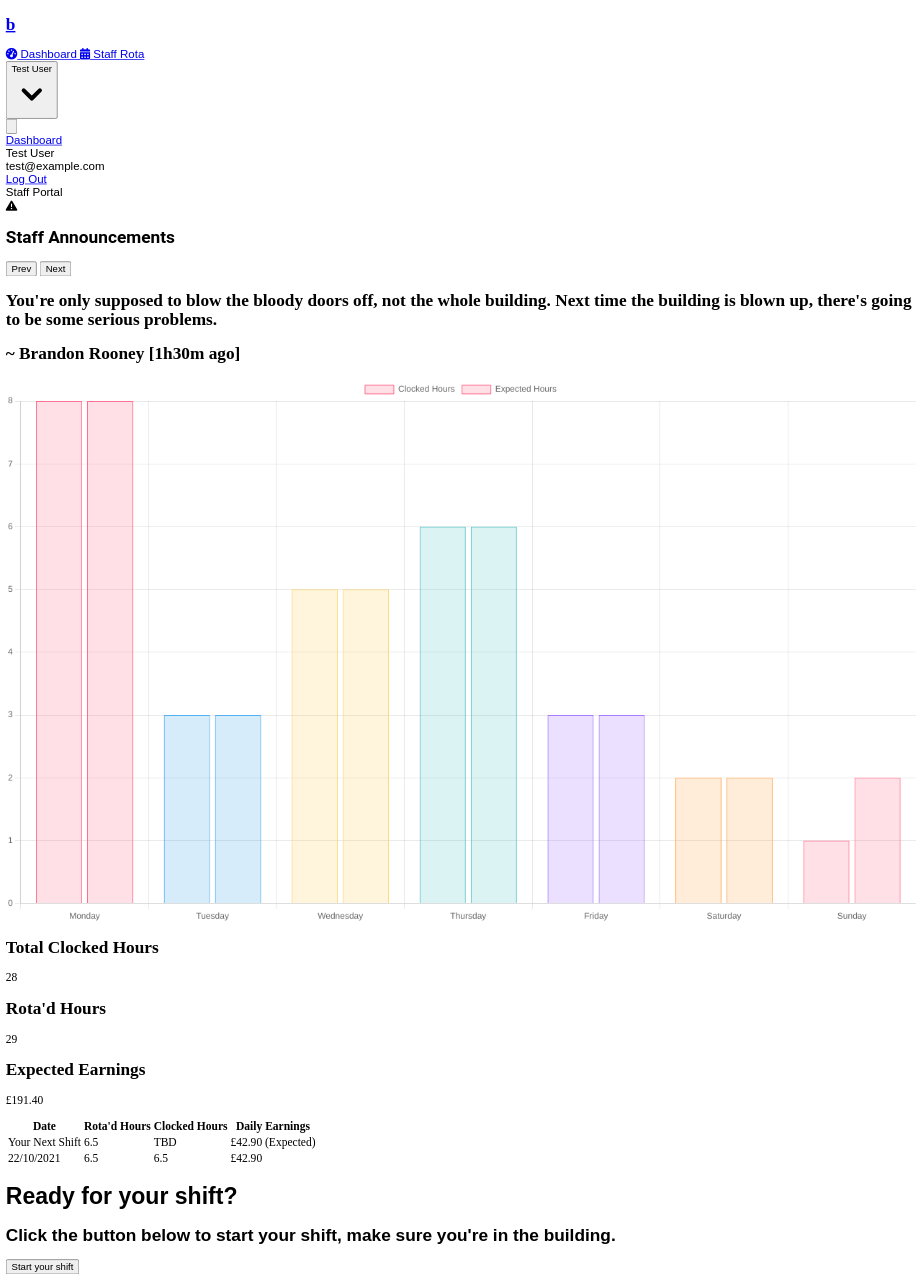
Repository: SimplyBrandon/blue-lounge
Page: http://localhost/dashboard
The author's editor kept a copy of each file at every save. The page is drawn from the files as they stood at one save, then again after the next save.
The browser window is 1280 px wide. The pictures show the whole page, at 72% of full size.
Some web libraries are served in a nearby version. The page is served by the project's Laravel application, run on PHP 8.4 with Laravel 8. A made-up administrator, Test User (test@example.com), is signed in.

Above is the page before, as saved 2021-10-24 04:45:09.

After the next save:
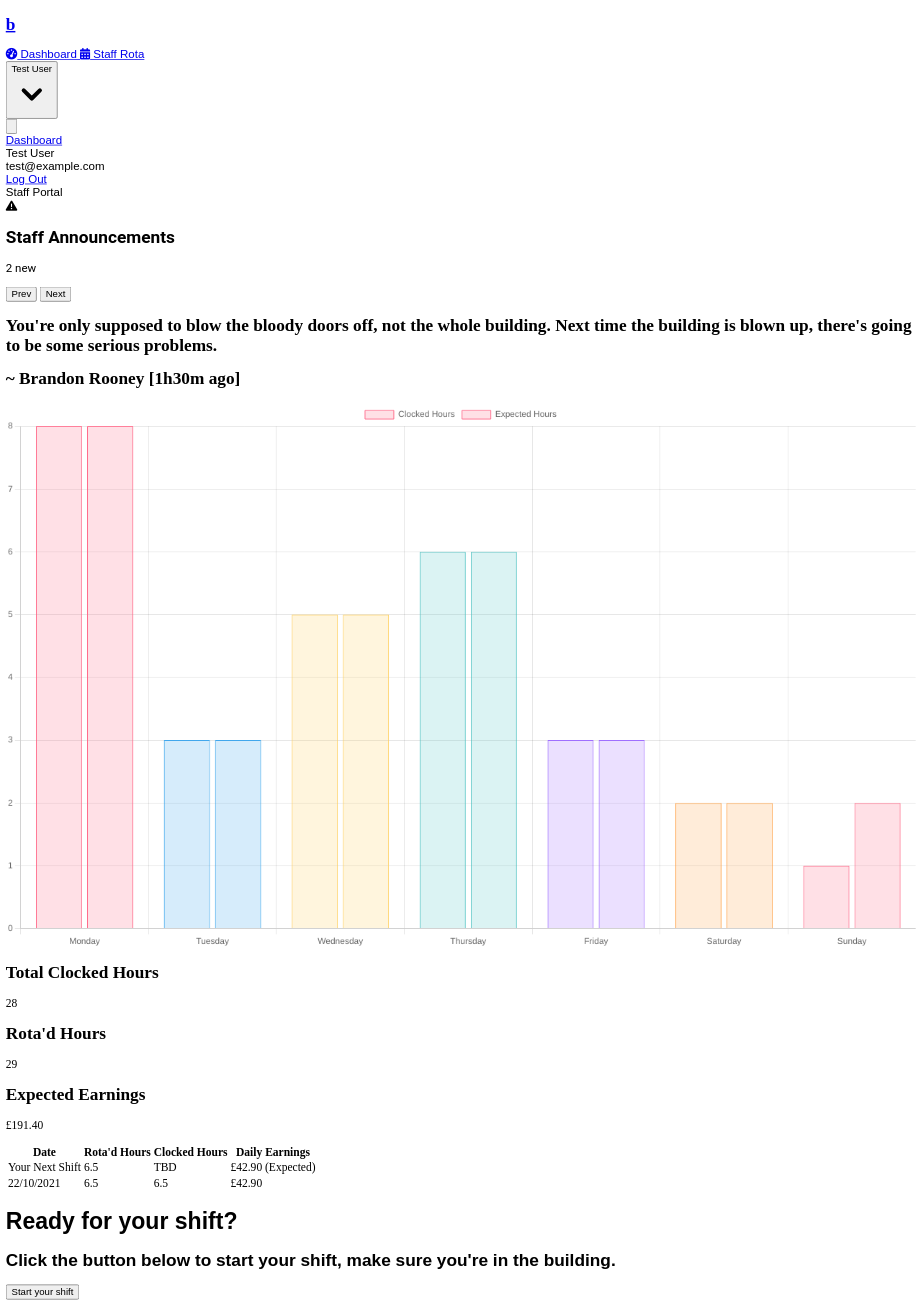
Saved 26 s later.
--- a/resources/views/dashboard.blade.php
+++ b/resources/views/dashboard.blade.php
@@ -10,6 +10,7 @@
                         <h2>Staff Announcements</h2>
                     </div>
                     <div class="flex items-center ml-auto">
+                        <p class="bg-red-400 text-white px-4 py-2">2 new</p>
                         <button type="button" id="prev-announcement" class="mr-3 uppercase font-semibold">Prev</button>
                         <button type="button" id="next-announcement" class="uppercase font-semibold text-gray-500">Next</button>
                     </div>
